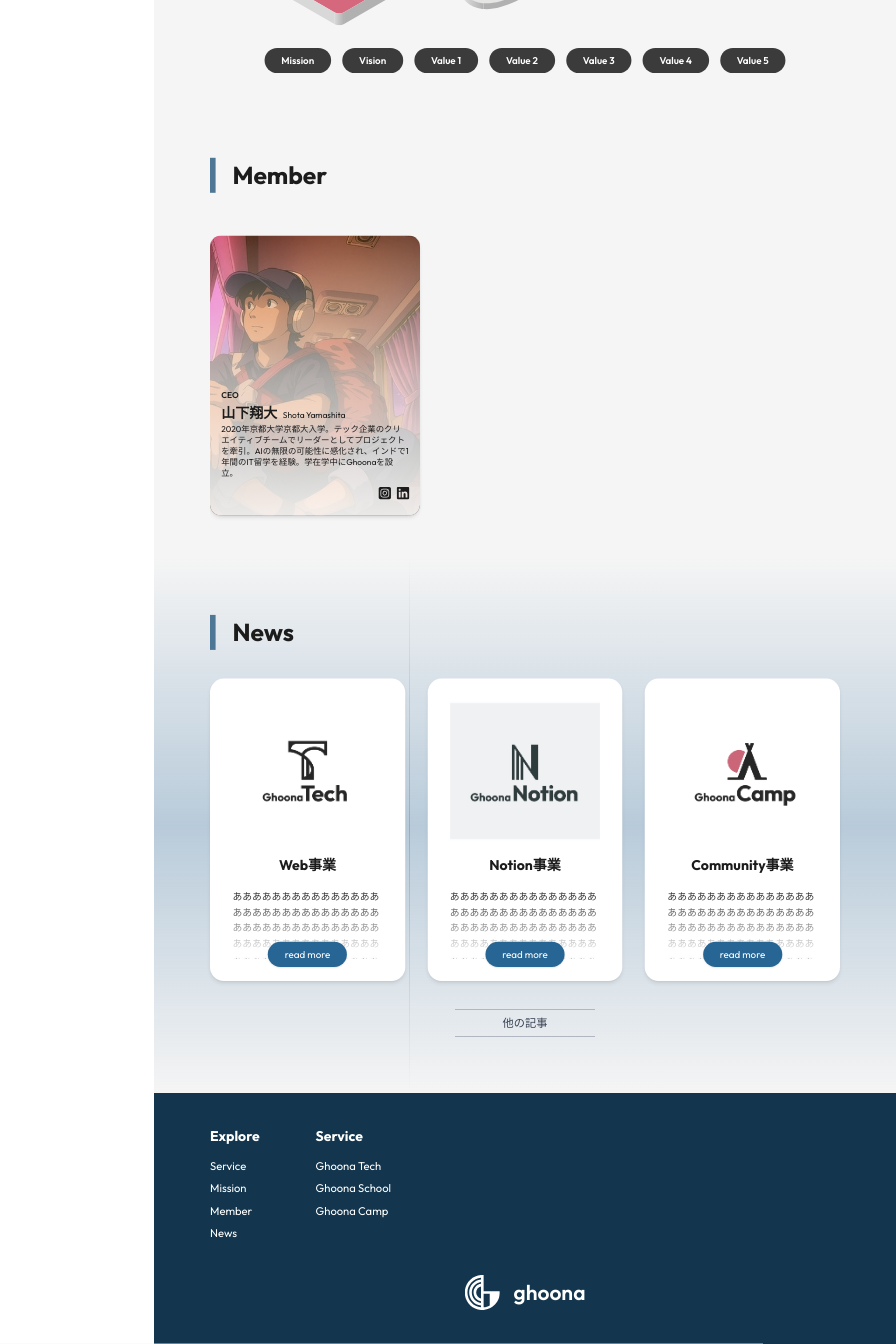
Repository: ShotaGhoona/ghoona-website
Page: /
The author's editor kept a copy of each file at every save. The page is drawn from the files as they stood at one save, then again after the next save.
The browser window is 1280 px wide. The pictures show the part of the page from y = 1958 to 3878 px (the page is 3878 px tall before and 3843 px after), at 70% of full size.
Pictures or frames that could not be fetched are drawn as grey boxes. The project was rebuilt for these pictures with package versions that can differ from the ones it lists, and the page was loaded fresh each time. The framework's server and built-in components were replaced by stand-ins that run in the browser. Also part of the build but not shown: next.config.ts.

Above is the page before, as saved 2025-04-08 08:34:27.

### src/app/layout.tsx
import Sidebar from '@/components/display/sidebar';
import Header from '@/components/display/header';
import Footer from '@/components/display/footer';
import { Outfit } from 'next/font/google';
import './globals.css';
import '@/components/icons';

const outfit = Outfit({
  subsets: ['latin'],
  weight: ['400', '500', '600', '700', '800'],
});

export default function RootLayout({ children }: { children: React.ReactNode }) {
  return (
    <html lang="ja" className={outfit.className}>
      <body className={`${outfit.className} font-outfit flex`}>
        <div className="hidden lg:block">
          <Sidebar />
        </div>
        <div className="w-full flex flex-col min-h-screen lg:pl-[220px]">
          <Header />
          <main className="bg-[#f5f5f5] flex-1 mt-[56px] lg:mt-0">{children}</main>
          <Footer />
        </div>
      </body>
    </html>
  );
}

### src/components/display/header.tsx
'use client';

import { useState } from 'react';
import Sidebar from './sidebar';
import { FontAwesomeIcon } from '@fortawesome/react-fontawesome';
import { faBars, faXmark } from '@fortawesome/free-solid-svg-icons';
import { motion, AnimatePresence } from 'framer-motion';

export default function Header() {
  const [isOpen, setIsOpen] = useState(false);

  const sidebarVariants = {
    hidden: { x: '-100%' },
    visible: { x: 0 },
  };

  const overlayVariants = {
    hidden: { opacity: 0 },
    visible: { opacity: 0.3 },
  };

  return (
    <>
      <header className="fixed top-0 left-0 w-full bg-[#4E7796] z-50 lg:hidden flex justify-between items-center px-4 py-3 shadow-md">
        <div className="text-white text-xl font-bold">Ghoona</div>
        <button className="text-white" onClick={() => setIsOpen((prev) => !prev)}>
          <FontAwesomeIcon icon={isOpen ? faXmark : faBars} size="2x" />
        </button>
      </header>

      <AnimatePresence>
        {isOpen && (
          <>
            <motion.div
              initial="hidden"
              animate="visible"
              exit="hidden"
              variants={overlayVariants}
              transition={{ duration: 0.3 }}
              className="fixed inset-0 bg-black z-40 lg:hidden"
              onClick={() => setIsOpen(false)}
            />

            <motion.div
              initial="hidden"
              animate="visible"
              exit="hidden"
              variants={sidebarVariants}
              transition={{ duration: 0.3 }}
              className="fixed top-0 left-0 z-50 h-screen w-[220px] lg:hidden"
            >
              <Sidebar />
            </motion.div>
          </>
        )}
      </AnimatePresence>
    </>
  );
}

### src/components/display/footer.tsx
import Image from 'next/image';
import Link from 'next/link';

export default function Footer() {
  return (
    <footer className="bg-[#13364E] text-white py-12 px-20">
      <div className="flex justify-start mb-12 gap-20 mx-auto">
        <div>
          <h3 className="text-xl font-bold mb-4">Explore</h3>
          <ul className="space-y-2">
            <li><Link href="/service">Service</Link></li>
            <li><Link href="/mission">Mission</Link></li>
            <li><Link href="/member">Member</Link></li>
            <li><Link href="/news">News</Link></li>
          </ul>
        </div>

        <div>
          <h3 className="text-xl font-bold mb-4">Service</h3>
          <ul className="space-y-2">
            <li><Link href="/service/tech">Ghoona Tech</Link></li>
            <li><Link href="/service/school">Ghoona School</Link></li>
            <li><Link href="/service/camp">Ghoona Camp</Link></li>
          </ul>
        </div>
      </div>

      <div className="flex items-center justify-center">
        <Image
          src="/SVG/logo.svg"
          alt="Ghoona Logo"
          width={50}
          height={50}
        />
        <span className="text-3xl font-semibold ml-5">ghoona</span>
      </div>
    </footer>
  );
}

### src/components/icons.ts
// components/icons.ts
import { library, config } from '@fortawesome/fontawesome-svg-core';
import { faHouse, faGear, faBullhorn, faCircleUser, faBuilding } from '@fortawesome/free-solid-svg-icons';
import { faSquareInstagram, faLinkedin } from '@fortawesome/free-brands-svg-icons';
import '@fortawesome/fontawesome-svg-core/styles.css';

config.autoAddCss = false;
library.add(faHouse, faGear, faBullhorn, faCircleUser, faBuilding, faSquareInstagram, faLinkedin);

### src/components/display/homeContainer.tsx
// homeContainer.tsx
import TopviewSection from '@/feature/home/display/topview';
import ServiceSection from '@/feature/home/display/service';
import MvvSection from '@/feature/home/display/mvv';
import MemberSection from '@/feature/home/display/member';
import NewsSection from '@/feature/home/display/news';

export default function HomeContainer() {
  return (
    <div className="">
      <TopviewSection />
      <ServiceSection />
      <MvvSection />
      <MemberSection />
      <NewsSection />
    </div>
  );
}

### src/components/display/sidebar.module.css
/* sidebar.module.css */
.tree ul {
    list-style-type: none;
    position: relative;
  }

  .tree ul::before {
    content: '';
    position: absolute;
    top: 0;
    bottom: 0;
    left: -38px;
    border-left: 2px solid white;
  }

  .tree ul li::before {
    content: '';
    position: absolute;
    top: 22px;
    left: -38px;
    width: 30px;
    border-top: 2px solid white;
  }

  .tree ul li:last-child::before {
    bottom: auto;
  }
  .dropShadow {
    box-shadow: 10px 0 10px rgba(0,0,0,0.25);
}

### src/feature/home/display/topview.tsx
// components/feature/home/display/topview.tsx
import TopviewComponent from '@/components/common/TopView';
export default function TopviewSection() {
  return (
    <TopviewComponent
      imagePath="topview.jpg"
      height="h-screen"
      title="Ghoona"
      subtitle="Update Our World"
    />
  );
}

### src/feature/home/display/service.tsx
import SectionTitle from '@/components/common/SectionTitle';
import ServiceCard from '@/components/common/ServiceCard';

export default function ServiceSection() {
    return (
      <section id="service" className="relative w-full bg-no-repeat bg-cover px-5 md:px-20 py-20">
        <SectionTitle title="Service" />
        <div className="flex flex-col md:flex-row gap-8 justify-center items-center">
            <ServiceCard
            title="Web事業"
            description="最新のAI技術を駆使し、あなたのビジネスを加速させるテクノロジーサービス。ホームページ制作からSEO記事の自動生成、SNS運用の効果測定、業務のオートメーション化、ウェブアプリ開発、Notion構築代行まで、テクノロジーを活用してビジネス課題をスマートに解決します。"
            imageUrl="service_tech.jpg"
            href="/service/tech"
            />
            <ServiceCard
            title="人材育成事業"
            description="生成AI時代に特化した新しいスタイルのプログラミングスクール。従来のプログラミング学習を超えて、AIを味方につけて最短で結果を出す方法を教えます。エンジニアとしての市場価値を高めたい方へ、効率的で実践的な学びの場を提供します。"
            imageUrl="service_academy.jpg"
            href="/service/academy"
            />
            <ServiceCard
            title="Community事業"
            description="意識の高い仲間が集う朝活オンラインサロン。
自分をアップデートしたい人のために、質の高い情報交換とコミュニティづくりをサポートします。一緒に朝の時間を活用し、成長と学びの習慣をつくりましょう。"
            imageUrl="service_camp.jpg"
            href="/service/camp"
            />
        </div>
      </section>
    );
  }

### src/feature/home/display/member.tsx
import SectionTitle from '@/components/common/SectionTitle';
import MemberCard from '@/components/common/MemberCard';

export default function MemberSection() {
  const members = [
    {
      image1Url: '/member/shotayamashita1.jpg',
      image2Url: '/member/shotayamashita2.jpg',
      role: 'CEO',
      name: '山下翔大',
      nameEn: 'Shota Yamashita',
      description: '2020年京都大学京都大入学。テック企業のクリエイティブチームでリーダーとしてプロジェクトを牽引。AIの無限の可能性に感化され、インドで1年間のIT留学を経験。学在学中にGhoonaを設立。',
      sns: [
        { name: 'Instagram', url: 'https://instagram.com/' },
        { name: 'LinkedIn', url: 'https://linkedin.com/' },
      ],
    }
    // 追加のメンバーデータを記載
  ];

  return (
    <section id="member" className="w-full py-10">
      <SectionTitle title="Member" className="w-full px-5 md:px-20"/>
      <div className="mt-8 overflow-x-auto px-5 md:px-20">
        <div className="flex gap-10 overflow-x-scroll no-scrollbar py-5">
          {members.map((member, idx) => (
            <MemberCard key={idx} {...member} />
          ))}
        </div>
      </div>
    </section>
  );
}

### src/feature/home/display/news.tsx
import SectionTitle from '@/components/common/SectionTitle';
import NewsCard from '@/components/common/NewsCard';
import Link from 'next/link';

export default function NewsSection() {
  const newsItems = [
    {
      title: "Web事業",
      description: "あああああああああああああああああああああああああああああああああああああああああああああああああああああああああああああああああああああああああああああああああああああああ",
      imageUrl: "service_tech.jpg",
    },
    {
      title: "Notion事業",
      description: "あああああああああああああああああああああああああああああああああああああああああああああああああああああああああああああああああああああああああああああああああああああああ",
      imageUrl: "service_notion.jpg",
    },
    {
      title: "Community事業",
      description: "あああああああああああああああああああああああああああああああああああああああああああああああああああああああああああああああああああああああああああああああああああああああ",
      imageUrl: "service_camp.jpg",
    },
  ];

  return (
    <section id="news" className="relative w-full bg-no-repeat bg-cover px-5 md:px-20 py-10 md:py-20 bg-gradient-to-t from-transparent via-[#3f77a455] to-transparent">
      <SectionTitle title="News" />
      <div className="flex flex-col md:flex-row gap-8 items-center justify-center md:justify-between">
        {newsItems.map((item, idx) => (
          <NewsCard
            key={idx}
            title={item.title}
            description={item.description}
            imageUrl={item.imageUrl}
          />
        ))}
      </div>
      <div className="mt-10 flex items-center justify-center">
        <Link href="/news" className="relative py-2 text-gray-700 hover:text-gray-900">
          <span className="block absolute top-0 left-1/2 -translate-x-1/2 w-[200px] border-t border-gray-400"></span>
          <span className="block absolute bottom-0 left-1/2 -translate-x-1/2 w-[200px] border-b border-gray-400"></span>
          <span className="relative">他の記事</span>
        </Link>
      </div>
    </section>
  );
}

### src/components/common/TopView.tsx
import Image from 'next/image';

interface TopviewProps {
  imagePath: string;
  height: string;
  title: string;
  subtitle: string;
}

export default function TopviewSection({
  imagePath,
  height,
  title,
  subtitle,
}: TopviewProps) {
  return (
    <section className={`relative w-full ${height}`}>
      <Image
        src={`/${imagePath}`}
        alt="Topview Image"
        layout="fill"
        objectFit="cover"
        quality={100}
      />

      <div className="absolute inset-0 flex items-center justify-between px-10 md:px-20 py-10">
        <div className="text-white">
          <h1 className="text-[60px] sm:text-[100px] md:text-[150px] font-bold leading-tight">
            {title}
          </h1>
          <p className="text-[30px] sm:text-[50px] md:text-[75px] font-semibold">
            {subtitle}
          </p>
        </div>
      </div>
    </section>
  );
}

### src/components/common/SectionTitle.tsx
// components/common/SectionTitle.tsx
type SectionTitleProps = {
    title: string;
    className?: string;
  };

  export default function SectionTitle({ title, className = '' }: SectionTitleProps) {
    return (
      <h2 className={`text-[25px] xl:text-[35px] text-[#1C1C1D] font-bold flex items-center gap-6 mb-10 ${className}`}>
        <span className="w-2 h-[50px] bg-[#4E7796] inline-block" />
        {title}
      </h2>
    );
  }

### src/components/common/ServiceCard.tsx
// components/common/ServiceCard.tsx
import Link from 'next/link';

type ServiceCardProps = {
  title: string;
  description: string;
  imageUrl?: string;
  href: string; // 新しくhrefプロパティを追加
};

export default function ServiceCard({ title, description, imageUrl, href }: ServiceCardProps) {
  return (
    <div className="max-w-[400px] min-w-[200px] w-full bg-[#F5F5F5] rounded-md overflow-hidden relative">
      <div className="w-full h-[150px] md:h-[200px] bg-gray-200 flex items-center justify-center shadow-md">
        {imageUrl ? (
          <img src={imageUrl} alt={title} className="object-cover w-full h-full" />
        ) : (
          <span className="text-gray-400">No Image</span>
        )}
      </div>

      <div className="flex items-center justify-center gap-2 mt-10 mb-5">
        <div className="flex-1 h-[1px] bg-gray-400" />
        <h3 className="text-2xl text-[#1C1C1D] font-bold whitespace-nowrap">{title}</h3>
        <div className="flex-1 h-[1px] bg-gray-400" />
      </div>

      <div className="relative h-[100px] overflow-hidden">
        <p className="text-sm text-[#1C1C1D] leading-relaxed z-10 relative">
          {description}
        </p>
        <div className="absolute bottom-0 left-0 w-full h-full bg-gradient-to-t from-[#f5f5f5] to-transparent z-20 pointer-events-none" />
      </div>

      <div className="absolute bottom-0 left-1/2 transform -translate-x-1/2 z-20">
        <Link href={href}>
          <button className="bg-[#266594] text-white text-[10px] md:text-[12px] lg:text-[15px] px-6 py-2 rounded-full shadow hover:opacity-80">
            read more
          </button>
        </Link>
      </div>
    </div>
  );
}

### src/feature/home/button/mvvButton.tsx
'use client';

const buttons = [
  'Mission', 'Vision', 'Value 1', 'Value 2', 'Value 3', 'Value 4', 'Value 5'
];

type Props = {
  active: string | null;
  setActive: (btn: string) => void;
};

export default function MVVButton({ active, setActive }: Props) {
  return (
    <div className="flex flex-wrap justify-center gap-2 md:gap-4 mt-8">
      {buttons.map((btn) => (
        <button
          key={btn}
          onClick={() => setActive(btn)}
          className={`px-3 py-1 md:px-6 md:py-2 rounded-full font-semibold transition-all duration-200 text-xs md:text-sm ${
            active === btn
              ? 'bg-[#D87286] text-white shadow-md'
              : 'bg-[#3C3B3B] text-white hover:bg-[#D87286]/80'
          }`}
        >
          {btn}
        </button>
      ))}
    </div>
  );
}

### src/components/common/MemberCard.tsx
'use client';

import { useState } from 'react';
import Image from 'next/image';
import { FontAwesomeIcon } from '@fortawesome/react-fontawesome';
import { faSquareInstagram, faLinkedin } from '@fortawesome/free-brands-svg-icons';
import { IconProp } from '@fortawesome/fontawesome-svg-core';
export type SNSLink = { name: string; url: string };

export type MemberCardProps = {
  image1Url: string;
  image2Url: string;
  role?: string;
  name: string;
  nameEn: string;
  description: string;
  sns?: SNSLink[];
};


const snsIcons: Record<string, IconProp> = {
  Instagram: faSquareInstagram,
  LinkedIn: faLinkedin,
};

export default function MemberCard({
  image1Url,
  image2Url,
  role,
  name,
  nameEn,
  description,
  sns = [],
}: MemberCardProps) {
  const [hovered, setHovered] = useState(false);

  return (
    <div
      className="relative w-[250px] md:w-[300px] h-[350px] md:h-[400px] shadow-md rounded-2xl overflow-hidden"
      onMouseEnter={() => setHovered(true)}
      onMouseLeave={() => setHovered(false)}
    >
      <Image
        src={hovered ? image2Url : image1Url}
        alt={name}
        width={300}
        height={400}
        className="w-full h-full object-cover transition-opacity duration-300"
      />
      <div className="absolute inset-0 bg-gradient-to-t from-white/90 via-white/60 to-transparent flex flex-col justify-end px-4 py-5">
        {role && <span className="text-xs text-[#1C1C1D] font-semibold mb-1">{role}</span>}
        <div className="flex gap-2 items-baseline">
          <h2 className="text-xl text-[#1C1C1D] font-bold">{name}</h2>
          <h3 className="text-xs text-[#1C1C1D]">{nameEn}</h3>
        </div>
        <p className="text-xs text-[#1C1C1D] mb-2 overflow-hidden line-clamp-5">{description}</p>

        <div className="flex justify-end gap-2">
          {sns.map((snsItem, idx) => (
            <a key={idx} href={snsItem.url} target="_blank" rel="noopener noreferrer" className="text-[#1C1C1D]">
              <FontAwesomeIcon icon={snsIcons[snsItem.name]} size="lg" />
            </a>
          ))}
        </div>
      </div>
    </div>
  );
}

### src/components/common/NewsCard.tsx
type NewsCardProps = {
  title: string;
  description: string;
  imageUrl?: string;
};

export default function NewsCard({ title, description, imageUrl }: NewsCardProps) {
  return (
    <div className="max-w-[400px] w-full p-3 xl:p-8 bg-white rounded-[20px] overflow-hidden relative shadow-md">
      {/* 画像部分 */}
      <div className="w-full h-[150px] md:h-[200px] bg-gray-200 flex items-center justify-center">
        {imageUrl ? (
          <img src={imageUrl} alt={title} className="object-cover w-full h-full" />
        ) : (
          <span className="text-gray-400">No Image</span>
        )}
      </div>

      {/* タイトル */}
      <h3 className="text-lg md:text-xl text-[#1C1C1D] font-bold my-3 md:my-5 text-center">{title}</h3>

      {/* 説明文 + グラデーションオーバーレイ */}
      <div className="relative h-[80px] md:h-[100px] overflow-hidden">
        <p className="text-xs xl:text-sm text-[#1C1C1D] leading-relaxed z-10 relative">
          {description}
        </p>
        <div className="absolute bottom-0 left-0 w-full h-full bg-gradient-to-t from-white to-transparent z-20 pointer-events-none" />
      </div>

      {/* ボタン（上に重ねる） */}
      <div className="absolute bottom-3 md:bottom-5 left-1/2 transform -translate-x-1/2 z-20">
        <button className="bg-[#266594] text-white text-xs xl:text-sm px-4 md:px-6 py-1.5 md:py-2 rounded-full shadow hover:opacity-80">
          read more
        </button>
      </div>
    </div>
  );
}

### src/components/common/NewsListCard.tsx
import { div } from 'framer-motion/client';
import Image from 'next/image';
import Link from 'next/link';

interface NewsListCardProps {
  thumbnail: string;
  tag: '技術ブログ' | 'メディア' | 'AI';
  date: string;
  title: string;
  href: string;
}

const tagColors = {
  '技術ブログ': 'bg-gray-300',
  'メディア': 'bg-blue-300',
  'AI': 'bg-green-300',
};

export default function NewsListCard({ thumbnail, tag, date, title, href }: NewsListCardProps) {
  return (

    <div className="bg-white rounded-xl shadow-lg overflow-hidden p-6 flex flex-col gap-4">
      <div className="w-full h-48 relative">
        <Image src={thumbnail} alt={title} layout="fill" objectFit="cover" className="rounded-md" />
      </div>

      <div className="flex justify-between items-center">
        <span className={`px-3 py-1 text-[12px] rounded ${tagColors[tag]} text-gray-800`}>{tag}</span>
        <span className="text-[12px] text-gray-500">{date}</span>
      </div>

      <h3 className="text-xl font-bold text-gray-900">{title}</h3>

      <div className="mt-auto flex justify-center">
        <Link href={href}>
          <span className="text-[12px] inline-block bg-[#5F7E65] text-white px-4 py-1 rounded-full font-semibold cursor-pointer hover:opacity-80">
            Read more
          </span>
        </Link>
      </div>
    </div>
  );
}

Loaded but not shown: src/app/page.tsx (common file); src/app/globals.css (common file); src/data/blogs.json (50 lines, source omitted); src/feature/home/display/mvv.tsx (138 lines, source omitted); src/components/display/sidebar.tsx (86 lines, source omitted)

After the next save:
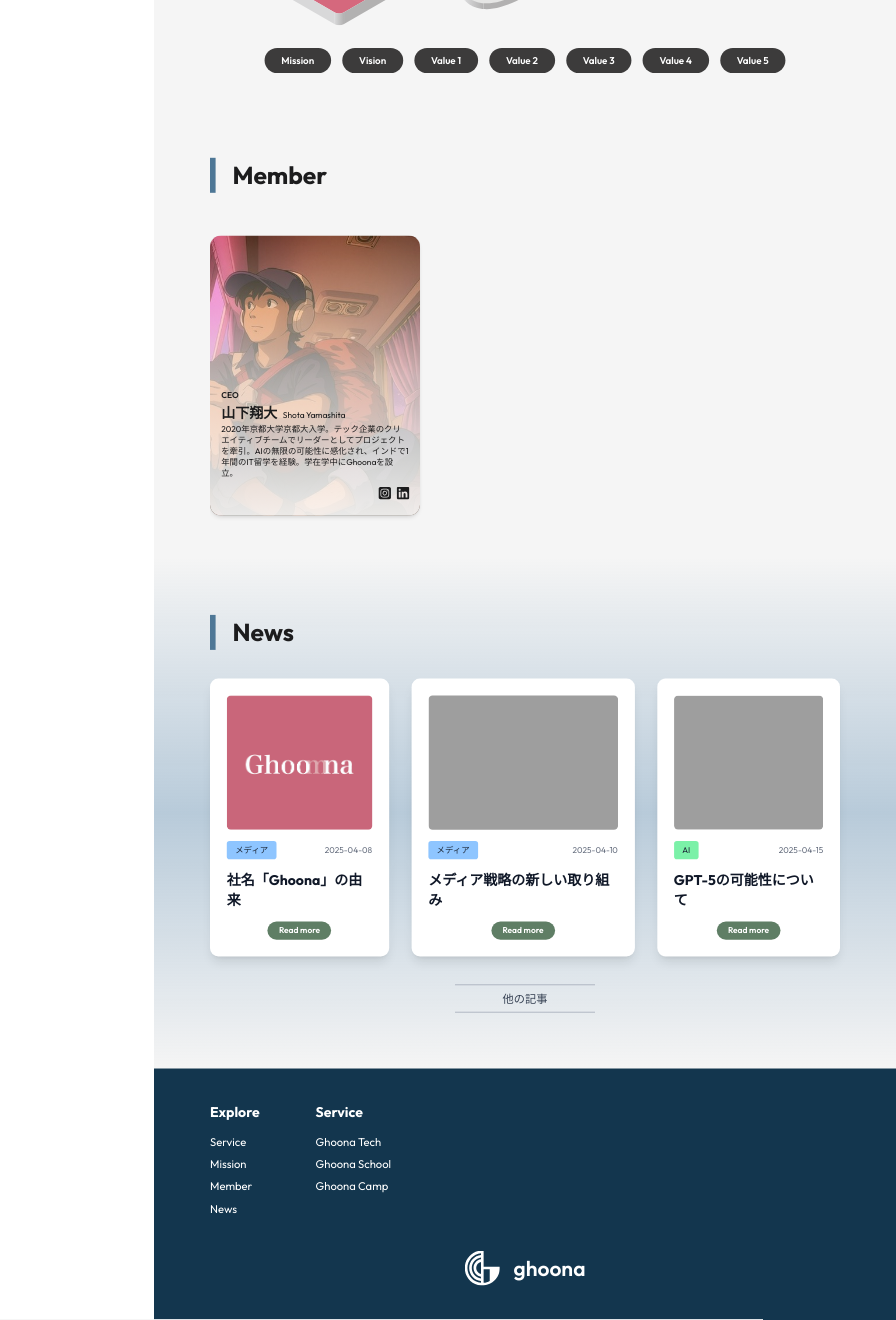
Saved 7 min 14 s later.
--- a/src/feature/home/display/news.tsx
+++ b/src/feature/home/display/news.tsx
@@ -1,36 +1,27 @@
 import SectionTitle from '@/components/common/SectionTitle';
-import NewsCard from '@/components/common/NewsCard';
+import NewsListCard from '@/components/common/NewsListCard';
 import Link from 'next/link';
+import blogsData from '@/data/blogs.json';
 
 export default function NewsSection() {
-  const newsItems = [
-    {
-      title: "Web事業",
-      description: "あああああああああああああああああああああああああああああああああああああああああああああああああああああああああああああああああああああああああああああああああああああああ",
-      imageUrl: "service_tech.jpg",
-    },
-    {
-      title: "Notion事業",
-      description: "あああああああああああああああああああああああああああああああああああああああああああああああああああああああああああああああああああああああああああああああああああああああ",
-      imageUrl: "service_notion.jpg",
-    },
-    {
-      title: "Community事業",
-      description: "あああああああああああああああああああああああああああああああああああああああああああああああああああああああああああああああああああああああああああああああああああああああ",
-      imageUrl: "service_camp.jpg",
-    },
-  ];
+  // idが1, 2, 3のデータだけ取得
+  const newsItems = blogsData.filter((blog) => ['1', '2', '3'].includes(blog.id));
 
   return (
-    <section id="news" className="relative w-full bg-no-repeat bg-cover px-5 md:px-20 py-10 md:py-20 bg-gradient-to-t from-transparent via-[#3f77a455] to-transparent">
+    <section
+      id="news"
+      className="relative w-full bg-no-repeat bg-cover px-5 md:px-20 py-10 md:py-20 bg-gradient-to-t from-transparent via-[#3f77a455] to-transparent"
+    >
       <SectionTitle title="News" />
       <div className="flex flex-col md:flex-row gap-8 items-center justify-center md:justify-between">
-        {newsItems.map((item, idx) => (
-          <NewsCard
-            key={idx}
+        {newsItems.map((item) => (
+          <NewsListCard
+            key={item.id}
+            thumbnail={item.thumbnail}
+            tag={item.tag as '技術ブログ' | 'メディア' | 'AI'}
+            date={item.date}
             title={item.title}
-            description={item.description}
-            imageUrl={item.imageUrl}
+            href={`/news/${item.id}`}
           />
         ))}
       </div>
